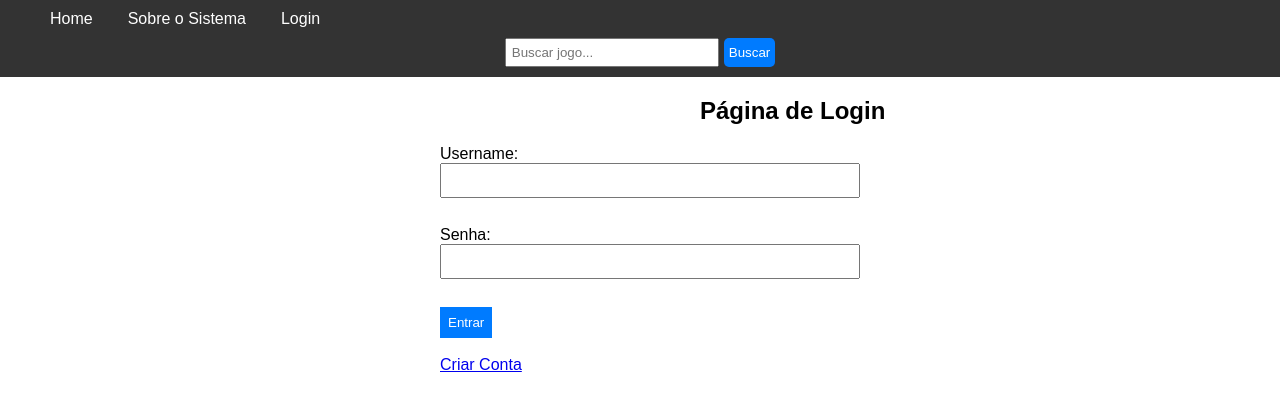
Repository: lucasparila/JogosEletronicos
Page: http://localhost/JogosEletronicos/view/login.jsp
These files come from the project's save history. The page is drawn as it stood at one moment and after the next save; the edit follows.
The browser window is 1280 px wide. The pictures show the whole page.
The page is served by Tomcat 9.

Above is the page before, as saved 2025-05-17 19:05:04.

After the next save:
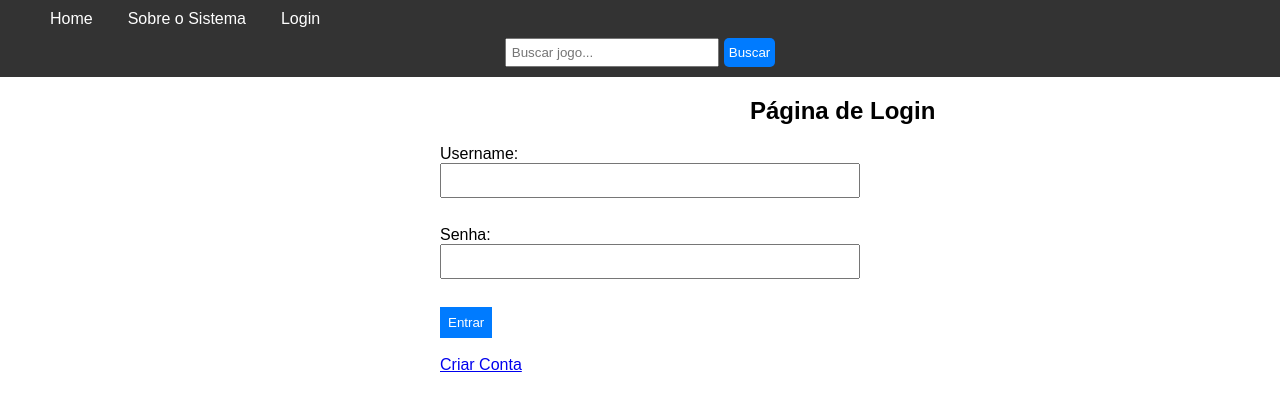
Saved 36 s later.
--- a/JogosEletronicos/src/main/webapp/css/login.css
+++ b/JogosEletronicos/src/main/webapp/css/login.css
@@ -5,7 +5,7 @@
 }
 
 .titulo-login {
-	margin-left: 700px;
+	margin-left: 750px;
 }
 
 .form-login  input[type="text"],
